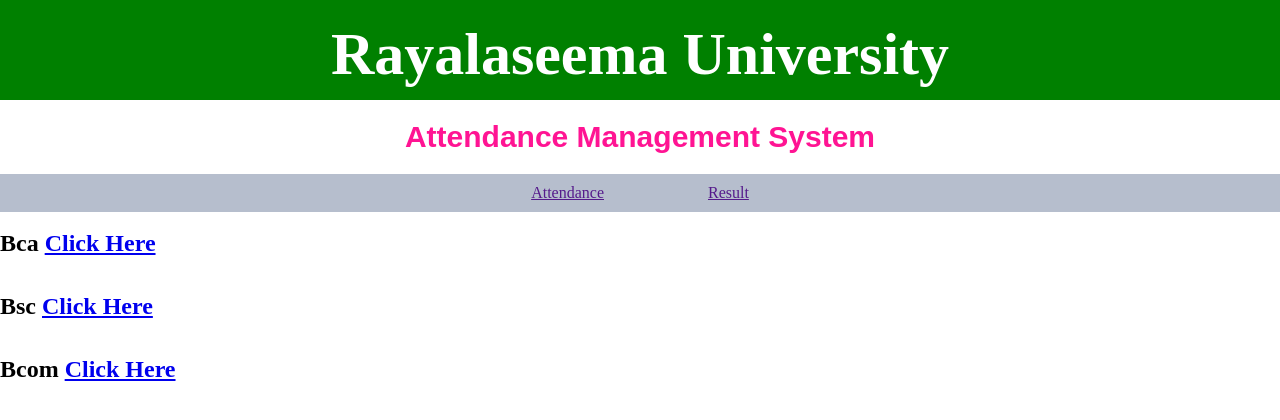
Repository: Sharath1503/Java-Spring-FullStack-Projects
Page: http://localhost/AMS/
These files come from the project's save history. The page is drawn as it stood at one moment and after the next save; the edit follows.
The browser window is 1280 px wide. The pictures show the whole page.
The page is served by Tomcat 9. Other server files are loaded and not shown.

Above is the page before, as saved 2024-09-21 11:15:29.

### AttendanceManagementSystem/AMS/src/main/webapp/index.jsp

<html>
<head>
<link>
<title>Attendance Management System</title>
<style>
* {
	margin: 0;
	padding: 0;
	box-sizing: border-box;
}

.heading {
	width: 100%;
	height: 100px;
	background-color: green;
	font-size: 30px;
	color: white;
	text-align: center;
	padding: 20px;
}


#college {
	font-size: 30px;
	color: deeppink;
	text-align: center;
	padding: 20px;
	font-family: sans-serif;
	font-weight: 700;
}

table, td, th {
	border: 1px solid #ddd;
	text-align: left;
}

table {
	border-collapse: collapse;
	width: 100%;
	margin: auto;
	margin-top: 50px;
}

th, td {
	padding: 15px;
	text-align: center;
}

tr>th {
	background-color: teal;
	color: white;
}

.studentData {
	width: 100%;
	background-color: green;
	padding: 15px;
}
</style>
</head>
<body>

	<div class="heading">
		<h1>Rayalaseema University</h1>


	</div>

	<h1 id="college">Attendance Management System</h1>
	<nav
		style="background-color: rgb(182, 190, 205); text-align: center; padding: 10px;">
		<a href="" style="margin: 50px;">Attendance</a> <a href=""
			style="margin: 50px;">Result</a>


	</nav>

	<br>
	<h2>
		Bca <a href="students/bcastudents">Click Here</a>
	</h2>
	</br>
	<br>
	<h2>
		Bsc <a href="students/bscstudents">Click Here</a>
	</h2>
	</br>
	<br>
	<h2>
		Bcom <a href="students/bcomstudents">Click Here</a>
	</h2>
	</br>


</body>
</html>

After the next save:
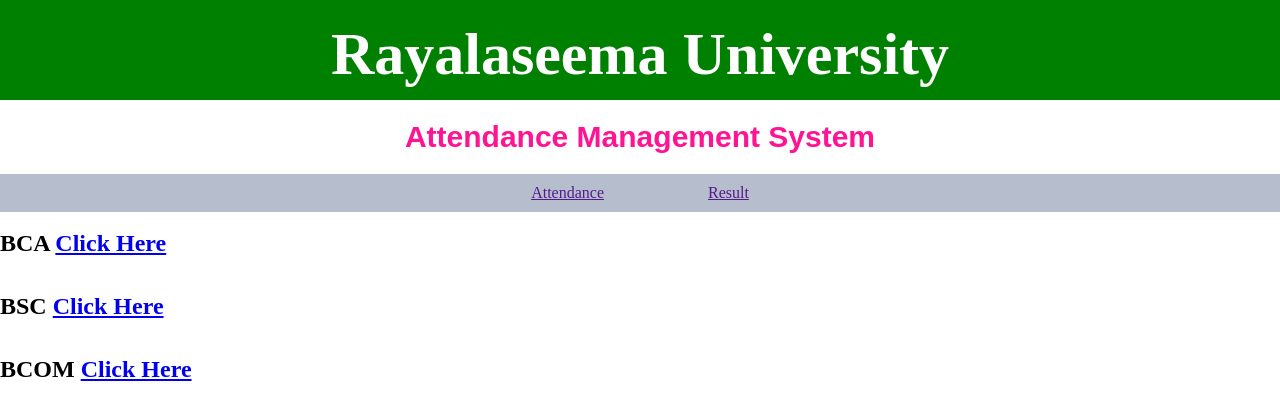
Saved 68 s later.
--- a/AttendanceManagementSystem/AMS/src/main/webapp/index.jsp
+++ b/AttendanceManagementSystem/AMS/src/main/webapp/index.jsp
@@ -78,17 +78,17 @@
 
 	<br>
 	<h2>
-		Bca <a href="students/bcastudents">Click Here</a>
+		BCA <a href="students/bcastudents">Click Here</a>
 	</h2>
 	</br>
 	<br>
 	<h2>
-		Bsc <a href="students/bscstudents">Click Here</a>
+		BSC <a href="students/bscstudents">Click Here</a>
 	</h2>
 	</br>
 	<br>
 	<h2>
-		Bcom <a href="students/bcomstudents">Click Here</a>
+		BCOM <a href="students/bcomstudents">Click Here</a>
 	</h2>
 	</br>
 
